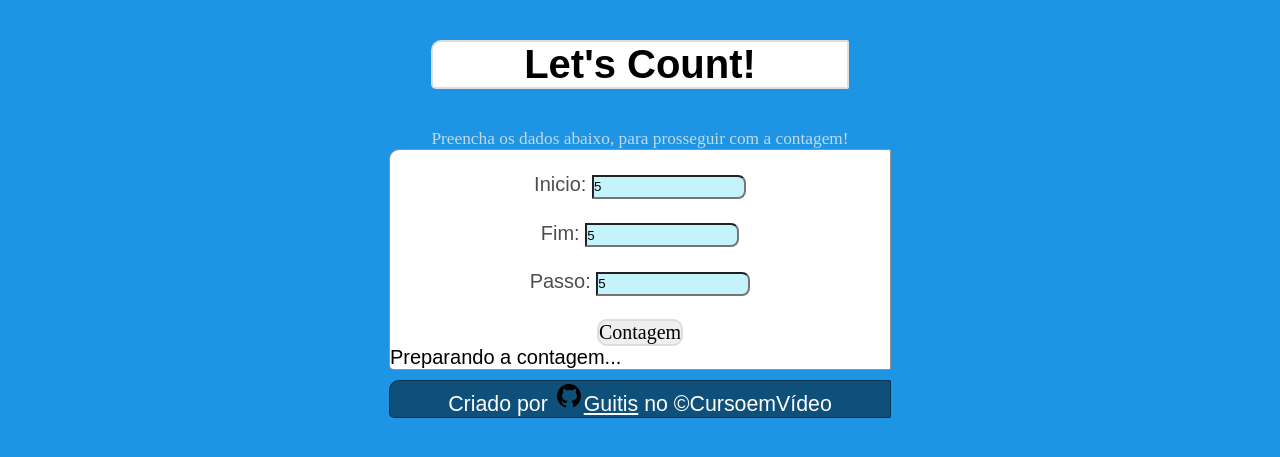
Repository: Guitis/Java-Script
Page: modelos/modelo002/ex17.html
These files come from the project's save history. The page is drawn as it stood at one moment and after a run of saves; the edit follows.
The browser window is 1280 px wide. The pictures show the whole page.
Empty fields were first filled with sample values (such as "Sample", 5 or name@example.com).
After loading, the first visible `#button` was clicked once.

Above is the page before, as saved 2023-02-19 13:43:14.
Console error: SyntaxError: Unexpected token '.'

### modelos/modelo002/ex17.html
<!DOCTYPE html>
<html lang="pt-br">
<head>
    <meta charset="UTF-8">
    <meta http-equiv="X-UA-Compatible" content="IE=edge">
    <meta name="viewport" content="width=device-width, initial-scale=1.0">
    <title>Contador</title>
    <link rel="stylesheet" href="estilo/style.css">
</head>
<body>
    <header>
        <h1 id="tittle" onmousemove="move()">Let's Count!</h1>
        <h2>Preencha os dados abaixo, para prosseguir com a contagem!</h2>
    </header>

    <section id="sect1">
        <div id="dados"><br>
            <p>Inicio: <input type="number" name="inicio" id="txti"></p><br>
            <p>Fim: <input type="number" name="fim" id="txtf"></p><br>
            <p>Passo: <input type="number" name="passo" id="txtp"></p><br>
            <input id="button" type="button" value="Contagem" onclick="contar()">
        </div>

        <div id="res">
            Preparando a contagem...
        </div>

    </section>

    <footer>
        <p>Criado por <a id="link" href="https://github.com/Guitis" target="b
            "><img src="icons8-github-30.png" alt="githubicon">Guitis</a> no &copy;CursoemVídeo</p>
    </footer>

    <script src="java-script/javascript.js"></script>

</body>
</html>

### modelos/modelo002/estilo/style.css
@charset "UTF-8";

* {
    margin: 0px;
    padding: 0px;

}

body {
    background-color: rgb(29, 148, 228);
    font-family: Arial, Helvetica, sans-serif;
    font-size: 15pt;
}

h1 {
    margin: 40px;
    margin-left: 431px;
    margin-right: 431px;
    background-color: white;
    color: black;
    text-align: center;
    border: 2px solid rgba(0, 0, 0, 0.13);
    border-radius: 10px 2px 2px 5px;
}

h2 {
    color: rgba(235, 235, 235, 0.795);
    font: normal 13pt message-box;
    margin: auto;

    text-align: center;
}

section#sect1 {
    background-color: white;
    width: 500px;
    margin: auto;
    border-radius: 10px 2px 2px 5px;
    border: 1px solid rgba(0, 0, 0, 0.418);
}

div#dados {
    margin: auto;
    color: rgba(0, 0, 0, 0.699);
    text-align: center;
}

input#txti, input#txtf, input#txtp {
    background-color: rgba(72, 216, 241, 0.322);
    border-radius: 0px 8px 8px 0px;
    width: 150px;
    height: 20px;
}



div#resultado {
    text-align: center;
    margin: 10px;

}

input#button {
    text-decoration: solid;
    font: normal 15pt black;
    border-radius: 10px 10px 10px 10px;
    border: 2px solid rgba(0, 0, 0, 0.075);
}

input#button:hover {
    color: white;
   background-color: rgb(29, 148, 228);
    background-image: linear-gradient(to left,rgba(37, 46, 37, 0.014), rgba(171, 177, 171, 0.466));
}

footer {
    font: normal 16pt Arial;
    text-align: center;
    color: white;
    border: 1px solid rgba(0, 0, 0, 0.404);
    margin: auto;
    margin-top: 10px;
    width: 500px;
    background-color: rgba(0, 0, 0, 0.459);
    border-radius: 10px 2px 2px 5px;
}

a#link {
    text-decoration: underline;
    color: white;
}

a#link:hover {
    text-decoration: none;

}

### modelos/modelo002/java-script/javascript.js
function contar() { //contar() no html [e o button]
    let ini = window.document.getElementById('txti') //txti "inicio"
    let fim = window.document.getElementById('txtf') //txtf "fim"
    let passo = window.document.getElementById('txtp') // txtp "passo"
    let res = window.document.getElementById('resultado')

    if (ini.value.length == 0 || fim.value.length == 0 || passo.value.length == 0) {
    window.alert('[ERRO] Faltam os dados!')
    } else {
        .innerHTML = 'Contando:'
    }
}

After the next 2 saves:
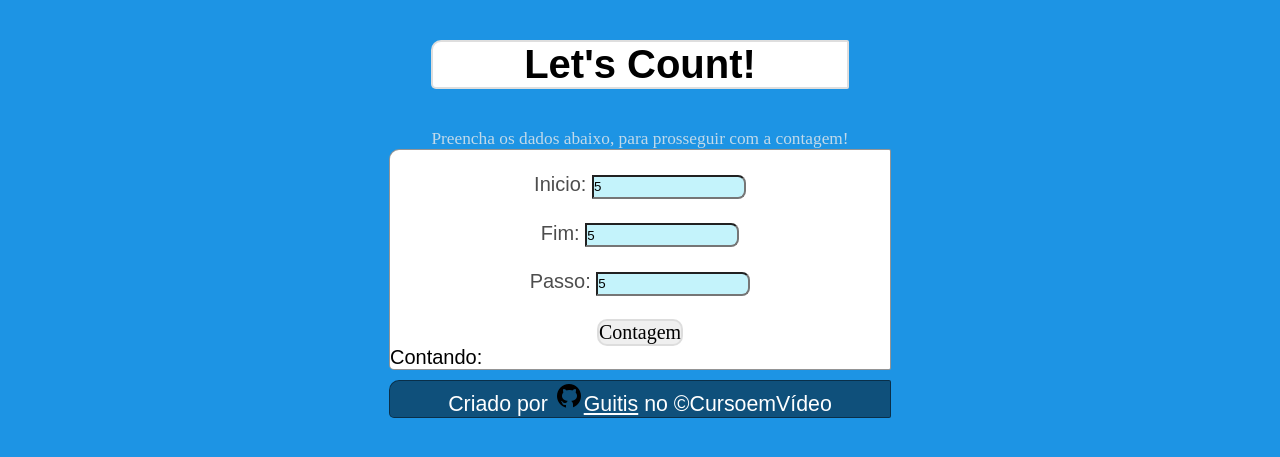
The error is gone.
The 2 saves are shown as one change because they came seconds apart.
The last was saved 4 s later.
--- a/modelos/modelo002/java-script/javascript.js
+++ b/modelos/modelo002/java-script/javascript.js
@@ -2,11 +2,11 @@ function contar() { //contar() no html [e o button]
     let ini = window.document.getElementById('txti') //txti "inicio"
     let fim = window.document.getElementById('txtf') //txtf "fim"
     let passo = window.document.getElementById('txtp') // txtp "passo"
-    let res = window.document.getElementById('resultado')
+    let res = window.document.getElementById('res')
 
     if (ini.value.length == 0 || fim.value.length == 0 || passo.value.length == 0) {
     window.alert('[ERRO] Faltam os dados!')
     } else {
-        .innerHTML = 'Contando:'
+        res.innerHTML = 'Contando:'
     }
 }
